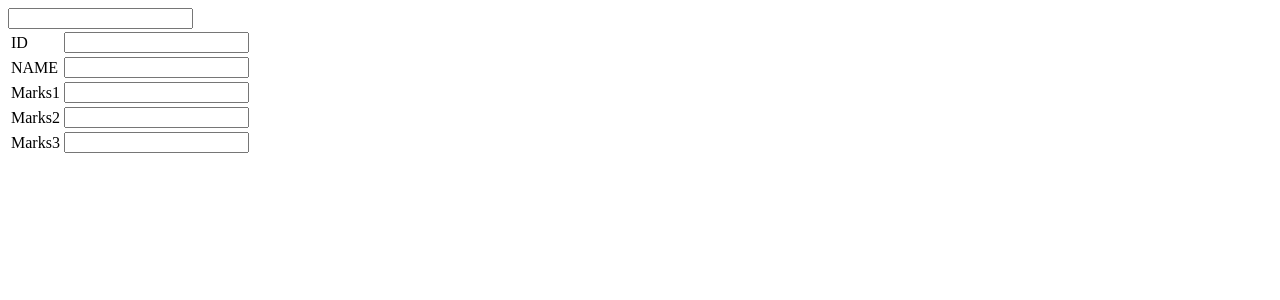
Repository: Aishwarya6362/J2EE
Page: add-result/src/main/webapp/index.html
The author's editor kept a copy of each file at every save. The page is drawn from the files as they stood at one save, then again after a run of saves.
The browser window is 1280 px wide. The pictures show the whole page.

Above is the page before, as saved 2024-10-10 09:48:05.

After the next 2 saves:
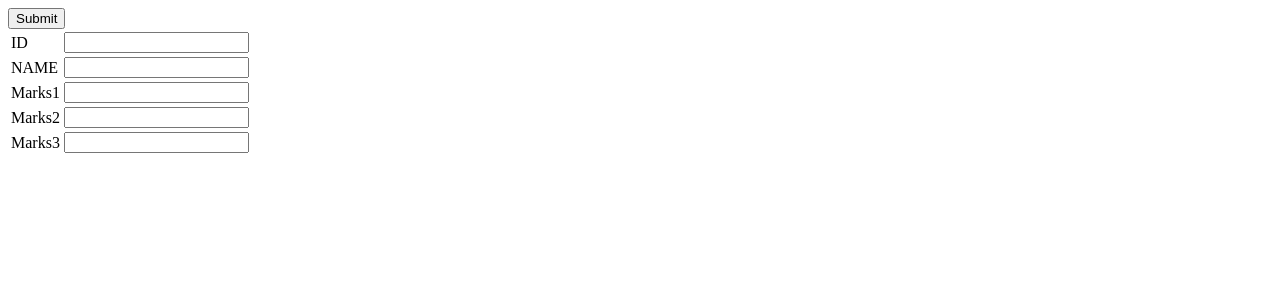
The 2 saves are shown as one change because they came seconds apart.
The last was saved 8 s later.
--- a/add-result/src/main/webapp/index.html
+++ b/add-result/src/main/webapp/index.html
@@ -28,7 +28,7 @@
 				<td><input type="text" name="marks3" /></td>
 			</tr>
 			<tr>
-				<input type=""
+				<input type="submit" name
 			</tr>
 		</table>
 	</form>
